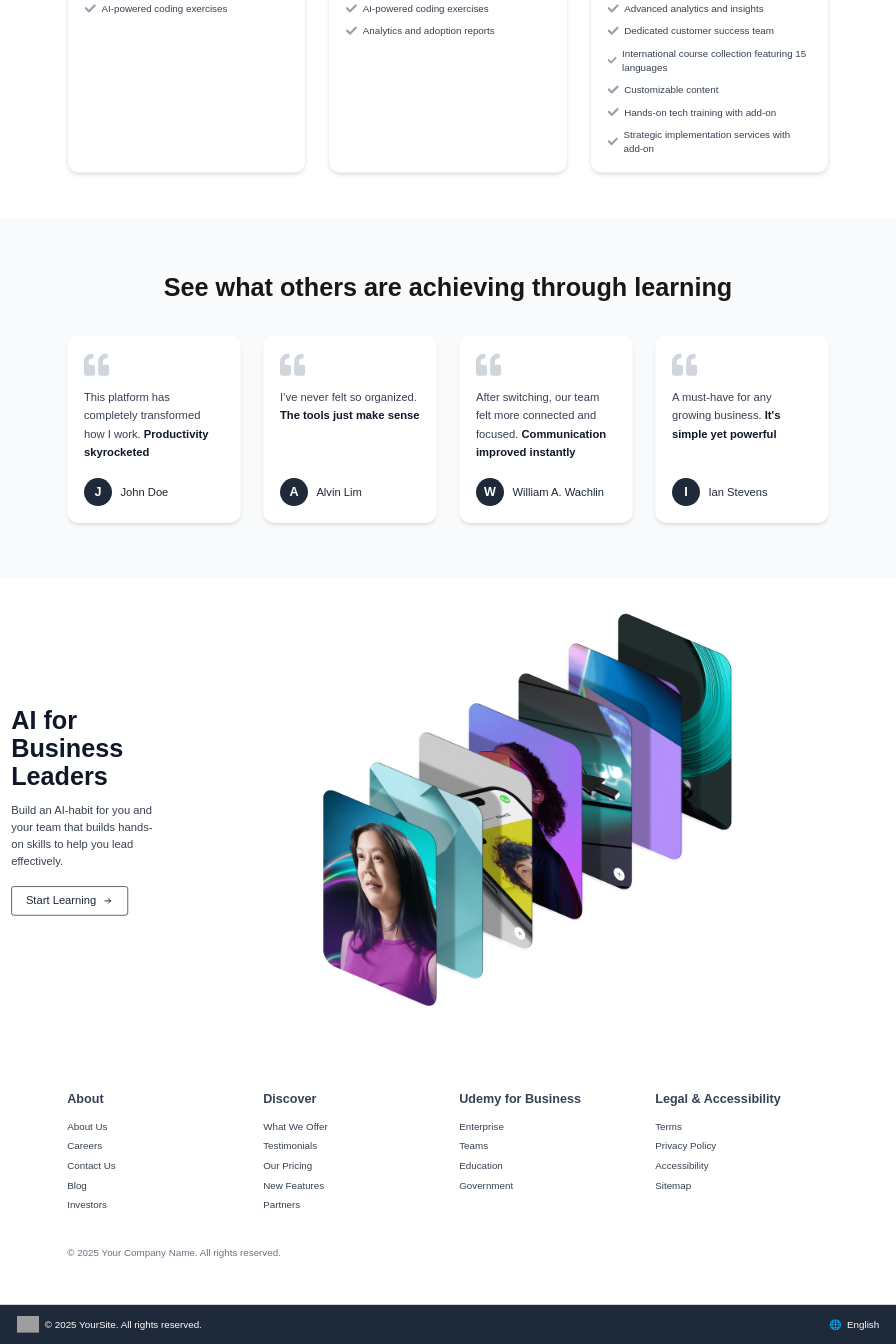
Repository: MohamedSalah54/full-stack-e-learning
Page: / (app in frontend/)
An editor plug-in stored every save of this project. The page is shown before and after the next save, followed by the edit.
The browser window is 1280 px wide. The pictures show the part of the page from y = 1980 to 3900 px (the page is 3900 px tall before and 3865 px after), at 70% of full size.
Pictures or frames that could not be fetched are drawn as grey boxes. The project was rebuilt for these pictures with package versions that can differ from the ones it lists, and the page was loaded fresh each time. The framework's server and built-in components were replaced by stand-ins that run in the browser. Also part of the build but not shown: frontend/next.config.ts.

Above is the page before, as saved 2025-06-16 15:17:14.

### frontend/src/app/layout.tsx
import type { Metadata } from "next";
import { Geist, Geist_Mono } from "next/font/google";
import "./globals.css";
import { Providers } from "@/app/providers";
import Navbar from "@/components/Navbar";
import Footer from "@/components/Footer";

const geistSans = Geist({
  variable: "--font-geist-sans",
  subsets: ["latin"],
});

const geistMono = Geist_Mono({
  variable: "--font-geist-mono",
  subsets: ["latin"],
});

export const metadata: Metadata = {
  title: "Create Next App",
  description: "Generated by create next app",
};

export default function RootLayout({
  children,
}: Readonly<{
  children: React.ReactNode;
}>) {
  return (
    <html lang="en">
      <body
        className={`${geistSans.variable} ${geistMono.variable} antialiased`}
      >
        <Navbar/>
        <Providers>{children}</Providers>
      <Footer/>
      </body>
    </html>
  );
}

### frontend/src/app/page.tsx
import HeroBannerFixed from "@/components/home/HeroBannerFixed"
import HeroBannerSlider from "@/components/home/HeroBannerSlider"
import HeroCategories from "@/components/home/HeroCategories"
import HeroPlans from "@/components/home/HeroPlans"
import HeroTestimonials from "@/components/home/HeroTestimonials"

const Home = () => {
  return (
    <main className="flex flex-col items-center justify-center">
      <HeroBannerSlider />
      <HeroCategories />
      <HeroPlans />
      <HeroTestimonials />
      <HeroBannerFixed />

    </main>
  )
}

export default Home

### frontend/src/app/providers.jsx
'use client';

import { Provider } from 'react-redux';
import { store } from '@/redux/store/store';
export function Providers({ children }) {
  return <Provider store={store}>{children}</Provider>;
}

### frontend/src/components/Footer.tsx
import { FaGlobe } from "react-icons/fa";

export default function Footer() {
  return (
    <footer className="bg-white text-gray-700">
      {/* Top Footer */}
      <div className="w-full px-6 md:px-16 lg:px-24 py-16">
        <div className="grid grid-cols-2 md:grid-cols-4 gap-8">
          {/* Column 1 */}
          <div>
            <h3 className="font-semibold text-lg mb-4">About</h3>
            <ul className="space-y-2 text-sm">
              <li>About Us</li>
              <li>Careers</li>
              <li>Contact Us</li>
              <li>Blog</li>
              <li>Investors</li>
            </ul>
          </div>

          {/* Column 2 */}
          <div>
            <h3 className="font-semibold text-lg mb-4 ">Discover</h3>
            <ul className="space-y-2 text-sm">
              <li>What We Offer</li>
              <li>Testimonials</li>
              <li>Our Pricing</li>
              <li>New Features</li>
              <li>Partners</li>
            </ul>
          </div>

          {/* Column 3 */}
          <div>
            <h3 className="font-semibold text-lg mb-4">Udemy for Business</h3>
            <ul className="space-y-2 text-sm">
              <li>Enterprise</li>
              <li>Teams</li>
              <li>Education</li>
              <li>Government</li>
            </ul>
          </div>

          {/* Column 4 */}
          <div>
            <h3 className="font-semibold text-lg mb-4">Legal & Accessibility</h3>
            <ul className="space-y-2 text-sm">
              <li>Terms</li>
              <li>Privacy Policy</li>
              <li>Accessibility</li>
              <li>Sitemap</li>
            </ul>
          </div>
        </div>

        {/* Bottom note below columns */}
        <div className="mt-12 text-sm text-gray-500">
          © 2025 Your Company Name. All rights reserved.
        </div>
      </div>

      {/* Divider */}
      <div className="border-t border-white" />

      {/* Bottom Footer */}
      {/* Footer السفلي */}
<div className="w-full bg-gray-800 text-white px-6 py-4 flex justify-between items-center text-sm">
  <div className="flex items-center gap-2">
    <img src="/logo.svg" alt="Logo" className="h-6" />
    <span>© 2025 YourSite. All rights reserved.</span>
  </div>

  <div className="flex items-center gap-2">
    🌐
    <span>English</span>
  </div>
</div>

    </footer>
  );
}

### frontend/src/components/home/HeroBannerFixed.tsx
// components/HeroBannerFixed.tsx
'use client';

import { HiOutlineArrowSmRight } from "react-icons/hi";

const HeroBannerFixed = () => {
    return (
        <section className="w-full bg-white py-10">
            <div className="max-w-7xl mx-auto px-4 flex flex-col-reverse md:flex-row items-center justify-between gap-10">
                {/* Text content on the left */}
                <div className="w-full md:w-1/2 text-left">
                    <h1 className="text-2xl sm:text-3xl md:text-4xl font-bold text-gray-900 mb-4">
                        AI for Business Leaders
                    </h1>
                    <span className="block text-gray-700 text-base mb-6">
                        Build an AI-habit for you and your team that builds hands-on skills to help you lead effectively.

                    </span>
                    <button className="px-5 py-2 bg-white text-gray-800 border border-gray-800 rounded hover:bg-gray-200 transition flex items-center gap-2 cursor-pointer">
                        Start Learning <HiOutlineArrowSmRight />
                    </button>

                </div>

                {/* Image on the right */}
                <div className="w-full flex justify-end">
                    <div className="w-full md:w-[500px] lg:w-[1000px] ml-auto">
                        <img
                            src="/hero-fixed.png"
                            alt="Hero"
                            className="w-full h-auto rounded-md object-contain"
                        />
                    </div>
                </div>
            </div>
        </section>
    );
};

export default HeroBannerFixed;

### frontend/src/components/home/HeroBannerSlider.tsx
"use client";

import React, { useState } from "react";
import { FaArrowLeft, FaArrowRight } from "react-icons/fa";
import { heroSlides } from "@/constants";

const slides = heroSlides;

const HeroBannerSlider = () => {
  const [current, setCurrent] = useState(0);

  const nextSlide = () => {
    setCurrent((prev) => (prev + 1) % slides.length);
  };

  const prevSlide = () => {
    setCurrent((prev) => (prev - 1 + slides.length) % slides.length);
  };

  return (
    <>
      {/* Slider Section */}
      <section className="w-full relative bg-white overflow-hidden">
        {/* Wrapper for center and padding on large screens */}
        <div className="w-full max-w-screen-xl mx-auto relative h-[300px] sm:h-[400px] md:h-[500px]">
          {slides.map((slide, index) => (
            <img
              key={index}
              src={slide.image}
              alt="Hero"
              className={`absolute top-0 left-0 w-full h-full object-cover object-[60%] transition-opacity duration-700 ${
                index === current ? "opacity-100 z-10" : "opacity-0 z-0"
              }`}
            />
          ))}

          {/* Arrows */}
          <button
            onClick={prevSlide}
            className="absolute top-1/2 left-4 transform -translate-y-1/2 bg-white text-black p-2 rounded-full shadow hover:bg-gray-200 z-40"
          >
            <FaArrowLeft />
          </button>
          <button
            onClick={nextSlide}
            className="absolute top-1/2 right-4 transform -translate-y-1/2 bg-white text-black p-2 rounded-full shadow hover:bg-gray-200 z-40"
          >
            <FaArrowRight />
          </button>

          {/* Text Box for Large Screens */}
          <div className="hidden md:block absolute top-1/2 left-[170px] transform -translate-y-1/2 z-30">
            <div className="bg-white/90 p-5 rounded-md max-w-sm shadow-md">
              <h1 className="text-2xl lg:text-3xl font-bold text-gray-900 mb-2">
                {slides[current].title}
              </h1>
              <p className="text-gray-700 text-base">{slides[current].description}</p>
            </div>
          </div>
        </div>
      </section>

      {/* Text Below Image for Small Screens */}
      <div className="block md:hidden w-full bg-white pt-6 px-4">
        <div className="bg-white p-0 shadow-none rounded-none">
          <h1 className="text-xl font-bold text-gray-900 mb-2">{slides[current].title}</h1>
          <p className="text-gray-700 text-sm">{slides[current].description}</p>
        </div>
      </div>

      {/* Section Below */}
      <div className="w-full text-left py-10 bg-white px-4 sm:px-10 md:px-32">
        <h1 className="text-2xl sm:text-3xl font-bold text-gray-900 mb-4">
          Ready to reimagine your career?
        </h1>
        <p className="text-base sm:text-lg text-gray-700 max-w-xl">
          Get the skills and real-world experience employers want with Career Accelerators.
        </p>
      </div>
    </>
  );
};

export default HeroBannerSlider;

### frontend/src/components/home/HeroCategories.tsx
import { heroCategories } from "@/constants";

const HeroCategories = () => {
    const categories = heroCategories
    return (
       <section className="w-full py-16 px-4 bg-white">
  {/* Cards */}
  <div className="max-w-7xl mx-auto grid grid-cols-1 sm:grid-cols-2 lg:grid-cols-3 gap-8">
    {categories.map((cat, index) => (
      <div
        key={index}
        className="bg-white rounded-xl overflow-hidden shadow transition min-h-[350px] hover:bg-gray-100 cursor-pointer"
      >
        <img
          src={cat.image}
          alt={cat.title}
          className="w-full h-[250px] object-contain bg-white"
        />
        <div className="p-4">
          <h3 className="text-xl font-semibold text-gray-900 mb-2">{cat.title}</h3>
          <p className="text-sm text-gray-600 flex items-center gap-2">
            {"⭐".repeat(Math.round(cat.rating))}
            <span className="text-xs text-gray-500 ml-2">
              ({cat.reviews} reviews)
            </span>
          </p>
        </div>
      </div>
    ))}
  </div>

  {/* Search button */}
  <div className="flex justify-start mt-10 max-w-7xl mx-auto">
    <button className="bg-gray-800 text-white px-6 py-3 rounded-md hover:bg-gray-700 transition cursor-pointer">
      Search All Categories
    </button>
  </div>

  {/* Heading + Span */}
  <div className="text-left mt-10 max-w-7xl mx-auto">
    <h1 className="text-3xl font-bold text-gray-900 mb-2">
      All the skills you need in one place
    </h1>
    <span className="text-gray-600 text-base">
      From critical skills to technical topics, AcademyX supports your professional development.
    </span>
  </div>
</section>

    );
};

export default HeroCategories;

### frontend/src/components/home/HeroPlans.tsx
import { heroPlans } from "@/constants";
import { FaCheck, FaArrowRight } from "react-icons/fa";

export default function HeroPlans() {
    return (
        <section className="w-full bg-white py-16 px-6 md:px-16 lg:px-24">
            <div className="max-w-full mx-auto">
                <h1 className="text-4xl font-bold mb-4 text-center">
                    Accelerate growth — for you or your organization
                </h1>
                <span className="text-gray-600 mb-12 block text-center">
                    Reach goals faster with one of our plans or programs. Try one free today or contact sales to learn more.
                </span>

                <div className="grid grid-cols-1 md:grid-cols-3 gap-8">
                    {heroPlans.map((plan, index) => {
                        const Icon = plan.icon;
                        return (
                            <div
                                key={index}
                                className="w-full rounded-2xl shadow-md border border-gray-200 overflow-hidden hover:shadow-xl transition duration-300 flex flex-col min-h-[550px]"
                            >
                                {/* Top Border */}
                                <div className={`h-2 ${plan.color}`}></div>

                                <div className="p-6 flex flex-col flex-grow">
                                    {/* Title Section */}
                                    <div className="mb-6 text-center">
                                        <h2 className="text-xl font-bold mb-1">{plan.name}</h2>
                                        <div className="flex justify-center items-center gap-2 text-xs text-gray-600">
                                            <Icon className="w-4 h-4" />
                                            <span className="capitalize">{plan.type}</span>
                                        </div>
                                    </div>

                                    {/* Price */}
                                    <p className="text-2xl font-bold text-gray-900 text-center mb-6">
                                        {plan.price}
                                    </p>

                                    {/* Button */}
                                    <div className="flex justify-center mb-6">
                                        <button className="flex items-center gap-2 bg-gray-800 text-white px-6 py-3 rounded-full hover:bg-gray-700 transition">
                                            Try it free
                                            <FaArrowRight className="w-3 h-3" />
                                        </button>
                                    </div>

                                    {/* Features */}
                                    <ul className="text-sm text-gray-700 space-y-3">
                                        {plan.features.map((feature, idx) => (
                                            <li key={idx} className="flex items-center gap-2">
                                                <FaCheck className="text-gray-400 w-4 h-4" />
                                                {feature}
                                            </li>
                                        ))}
                                    </ul>

                                    {/* Spacer */}
                                    <div className="flex-grow" />
                                </div>
                            </div>
                        );
                    })}
                </div>
            </div>
        </section>
    );
}

### frontend/src/components/home/HeroTestimonials.tsx
 import { heroTestimonials } from "@/constants";
import { FaQuoteLeft } from "react-icons/fa";

export default function HeroTestimonials() {
  return (
    <section className="w-full bg-gray-50 py-20 px-6 md:px-16 lg:px-24">
      <div className="max-w-7xl mx-auto">
        <h1 className="text-4xl font-bold text-center mb-12">See what others are achieving through learning</h1>
        <div className="grid grid-cols-1 md:grid-cols-2 lg:grid-cols-4 gap-8">
          {heroTestimonials.map((item) => (
            <div
              key={item.id}
              className="bg-white rounded-2xl shadow-md p-6 flex flex-col justify-between h-full"
            >
              {/* Quote icon */}
              <div className="text-gray-300 text-4xl mb-4">
                <FaQuoteLeft />
              </div>

              {/* Text */}
              <p className="text-gray-700 mb-6 leading-relaxed">
                {item.text}
                <strong className="font-semibold text-gray-900"> {item.highlight}</strong>
              </p>

              {/* Avatar */}
              <div className="flex items-center gap-3 mt-auto">
                <div className="w-10 h-10 bg-gray-800 text-white flex items-center justify-center rounded-full text-lg font-bold">
                  {item.name[0]}
                </div>
                <span className="text-gray-800 font-medium">{item.name}</span>
              </div>
            </div>
          ))}
        </div>
      </div>
    </section>
  );
}

### frontend/src/constants/index.ts
//Home Page
import { FaUser, FaUsers, FaBuilding , FaQuoteLeft} from "react-icons/fa";


export const heroSlides = [
    {
        image: "/banner1.jpg",
        title: "Skills that drive you forward",
        description: "Technology and the world of work change fast — with us, you’re faster. Get the skills to achieve goals and stay competitive.",
    },
    {
        image: "/banner2.jpg",
        title: "Learning that gets you",
        description: "Skills for your present (and your future). Get started with us.",
    },
];

export const heroCategories = [
    {
        title: "Full Stack Web Development",
        image: "/full-stack.jpg",
        rating: 5.0,
        reviews: 2100,
    },
    {
        title: "Digital Marketing",
        image: "/digital-marketing.jpg",
        rating: 4.0,
        reviews: 980,
    },
    {
        title: "Data Science",
        image: "/data-science.jpg",
        rating: 4.5,
        reviews: 1234,
    },
];


export const heroPlans = [
  {
    name: "Personal Plan",
    icon: FaUser,
    type: "For you",
    price: "Starting at E£204.00 per month",
    features: [" Access to 26,000+ top courses", "Certification prep", "Goal-focused recommendations","AI-powered coding exercises"],
    color: "bg-gray-800",
  },
  {
    name: "Team Plan",
    icon: FaUsers,
    type: "For your team",
    price: "E£1,490.00 a month per user",
    features: ["Access to 13,000+ top courses", " Certification prep", "Goal-focused recommendations","AI-powered coding exercises","Analytics and adoption reports"],
    color: "bg-gray-600",
  },
  {
    name: "Organize Plan",
    icon: FaBuilding,
    type: "For your organization",
    price: "Contact sales for price",
    features: ["Access to 30,000+ top courses", "Certification prep", "Goal-focused recommendations","AI-powered coding exercises","Advanced analytics and insights","Dedicated customer success team","International course collection featuring 15 languages","Customizable content","Hands-on tech training with add-on","Strategic implementation services with add-on"],
    color: "bg-gray-400",
  },
];

export const heroTestimonials = [
  {
    id: 1,
    text: `This platform has completely transformed how I work. `,
    highlight: `Productivity skyrocketed`,
    name: "John Doe",
  },
  {
    id: 2,
    text: `I’ve never felt so organized. `,
    highlight: `The tools just make sense`,
    name: "Alvin Lim",
  },
  {
    id: 3,
    text: `After switching, our team felt more connected and focused. `,
    highlight: `Communication improved instantly`,
    name: "William A. Wachlin",
  },
  {
    id: 4,
    text: `A must-have for any growing business. `,
    highlight: `It's simple yet powerful`,
    name: "Ian Stevens",
  },
];

Loaded but not shown: frontend/src/app/globals.css (common file); frontend/src/redux/store/store.ts (common file); frontend/src/components/Navbar.tsx (164 lines, source omitted)

After the next save:
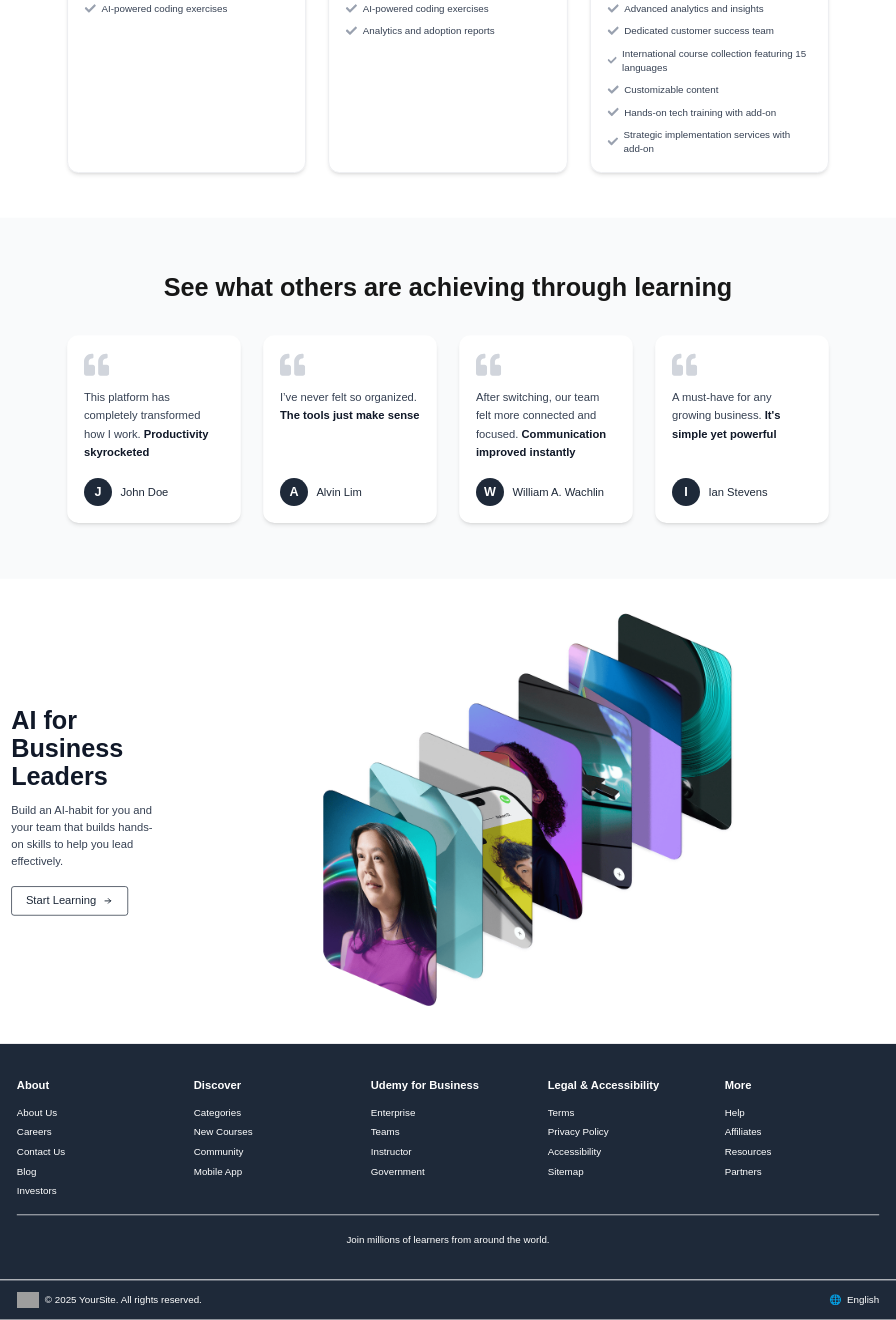
Saved 12 s later.
--- a/frontend/src/components/Footer.tsx
+++ b/frontend/src/components/Footer.tsx
@@ -4,60 +4,73 @@
   return (
     <footer className="bg-white text-gray-700">
       {/* Top Footer */}
-      <div className="w-full px-6 md:px-16 lg:px-24 py-16">
-        <div className="grid grid-cols-2 md:grid-cols-4 gap-8">
-          {/* Column 1 */}
-          <div>
-            <h3 className="font-semibold text-lg mb-4">About</h3>
-            <ul className="space-y-2 text-sm">
-              <li>About Us</li>
-              <li>Careers</li>
-              <li>Contact Us</li>
-              <li>Blog</li>
-              <li>Investors</li>
-            </ul>
-          </div>
+     {/* Footer العلوي */}
+<div className="w-full bg-gray-800 text-white py-12 px-6">
+  <div className="max-w-7xl mx-auto grid grid-cols-2 md:grid-cols-5 gap-8">
+    {/* العمود الأول */}
+    <div>
+      <h3 className="font-semibold mb-4">About</h3>
+      <ul className="space-y-2 text-sm">
+        <li>About Us</li>
+        <li>Careers</li>
+        <li>Contact Us</li>
+        <li>Blog</li>
+        <li>Investors</li>
+      </ul>
+    </div>
 
-          {/* Column 2 */}
-          <div>
-            <h3 className="font-semibold text-lg mb-4 ">Discover</h3>
-            <ul className="space-y-2 text-sm">
-              <li>What We Offer</li>
-              <li>Testimonials</li>
-              <li>Our Pricing</li>
-              <li>New Features</li>
-              <li>Partners</li>
-            </ul>
-          </div>
+    {/* العمود الثاني */}
+    <div>
+      <h3 className="font-semibold mb-4">Discover</h3>
+      <ul className="space-y-2 text-sm">
+        <li>Categories</li>
+        <li>New Courses</li>
+        <li>Community</li>
+        <li>Mobile App</li>
+      </ul>
+    </div>
 
-          {/* Column 3 */}
-          <div>
-            <h3 className="font-semibold text-lg mb-4">Udemy for Business</h3>
-            <ul className="space-y-2 text-sm">
-              <li>Enterprise</li>
-              <li>Teams</li>
-              <li>Education</li>
-              <li>Government</li>
-            </ul>
-          </div>
+    {/* العمود الثالث */}
+    <div>
+      <h3 className="font-semibold mb-4">Udemy for Business</h3>
+      <ul className="space-y-2 text-sm">
+        <li>Enterprise</li>
+        <li>Teams</li>
+        <li>Instructor</li>
+        <li>Government</li>
+      </ul>
+    </div>
 
-          {/* Column 4 */}
-          <div>
-            <h3 className="font-semibold text-lg mb-4">Legal & Accessibility</h3>
-            <ul className="space-y-2 text-sm">
-              <li>Terms</li>
-              <li>Privacy Policy</li>
-              <li>Accessibility</li>
-              <li>Sitemap</li>
-            </ul>
-          </div>
-        </div>
+    {/* العمود الرابع */}
+    <div>
+      <h3 className="font-semibold mb-4">Legal & Accessibility</h3>
+      <ul className="space-y-2 text-sm">
+        <li>Terms</li>
+        <li>Privacy Policy</li>
+        <li>Accessibility</li>
+        <li>Sitemap</li>
+      </ul>
+    </div>
 
-        {/* Bottom note below columns */}
-        <div className="mt-12 text-sm text-gray-500">
-          © 2025 Your Company Name. All rights reserved.
-        </div>
-      </div>
+    {/* العمود الخامس (اختياري) */}
+    <div>
+      <h3 className="font-semibold mb-4">More</h3>
+      <ul className="space-y-2 text-sm">
+        <li>Help</li>
+        <li>Affiliates</li>
+        <li>Resources</li>
+        <li>Partners</li>
+      </ul>
+    </div>
+  </div>
+
+  {/* الخط الفاصل */}
+  <div className="border-t border-white my-6" />
+
+  {/* نص تحت الأعمدة */}
+  <p className="text-sm text-center">Join millions of learners from around the world.</p>
+</div>
+
 
       {/* Divider */}
       <div className="border-t border-white" />
